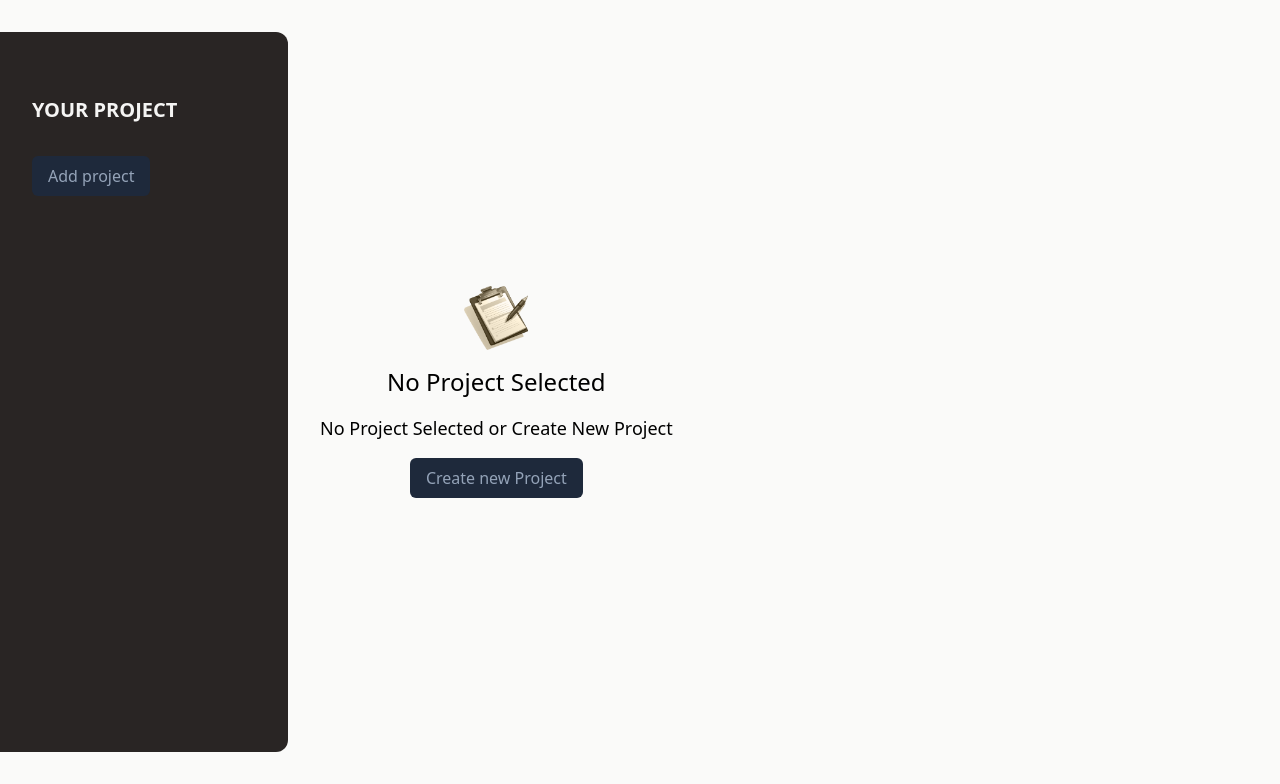
Repository: sibi24sibi/todo-list-using-reactjs
Page: /
The author's editor kept a copy of each file at every save. The page is drawn from the files as they stood at one save, then again after the next save.
The browser window is 1280 px wide. The pictures show the whole page.
The project was rebuilt for these pictures with package versions that can differ from the ones it lists, and the page was loaded fresh each time. Also part of the build but not shown: vite.config.js, src/Components/Input.jsx, src/Components/NewProjects.jsx.

Above is the page before, as saved 2024-06-24 14:55:43.

### src/App.jsx
import NewPoject from "./Components/NewProjects";
import Noprojects from "./Components/NoProjects";
import SideBar from "./Components/SideBar";

function App() {
  return (
    <>
      <main className="h-screen my-8 flex gap-8">
        <SideBar />
        <Noprojects />
      </main>
    </>
  );
}

export default App;

### src/Components/NoProjects.jsx
import noProjects from "../assets/no-projects.png";
import Button from "./Button";

export default function Noprojects() {
  return (
    <div className="flex flex-col gap-4 justify-center items-center ">
      <img src={noProjects} alt="No Projects" className="w-16 h-16" />
      <h2 className="text-2xl ">No Project Selected</h2>
      <p className=" text-lg">No Project Selected or Create New Project</p>
      <p>
        <Button className="">Create new Project</Button>
      </p>
    </div>
  );
}

### src/Components/SideBar.jsx
import Button from "./Button";

export default function SideBar() {
  return (
    <aside className="w-1/3 px-8 py-16 bg-stone-800 text-stone-50 md:w-72 rounded-r-xl">
      <h2 className="mb-8 font-bold uppercase md:text-xl text-stone-100">
        your project
      </h2>
      <div>
        <Button className="px-4 py-2 text-slate-400 hover:text-slate-900 md:text-base rounded-md bg-slate-800 hover:bg-slate-400">
          Add project
        </Button>
      </div>
      <ul></ul>
    </aside>
  );
}

### src/Components/Button.jsx
export default function Button({ children, ...props }) {
  return (
    <button
      {...props}
      className="px-4 py-2 text-slate-400 hover:text-slate-900 md:text-base rounded-md bg-slate-800 hover:bg-slate-400"
    >
      {children}
    </button>
  );
}

Loaded but not shown: index.html (common file); src/main.jsx (common file); src/index.css (common file); tailwind.config.js (common file)

After the next save:
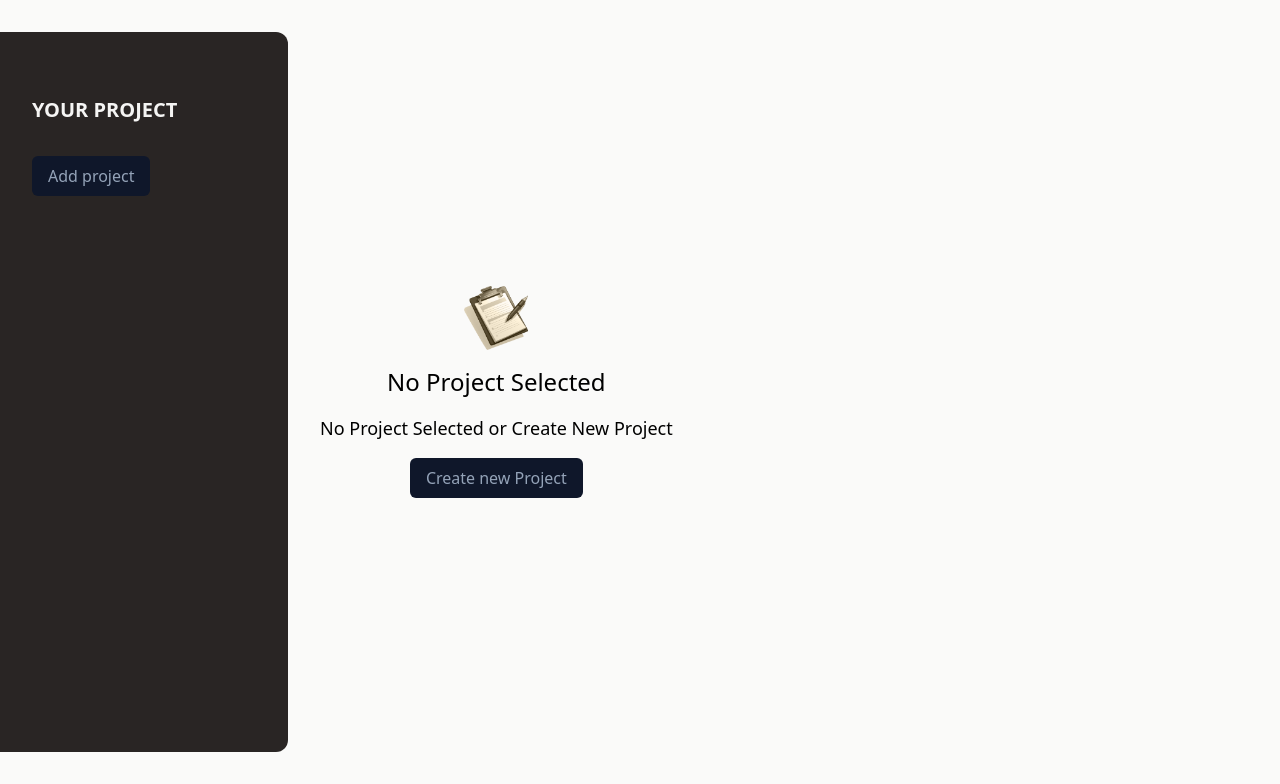
Saved 10 s later.
--- a/src/Components/Button.jsx
+++ b/src/Components/Button.jsx
@@ -2,7 +2,7 @@ export default function Button({ children, ...props }) {
   return (
     <button
       {...props}
-      className="px-4 py-2 text-slate-400 hover:text-slate-900 md:text-base rounded-md bg-slate-800 hover:bg-slate-400"
+      className="px-4 py-2 text-slate-400 hover:text-slate-900 md:text-base rounded-md bg-slate-900 hover:bg-slate-400"
     >
       {children}
     </button>
